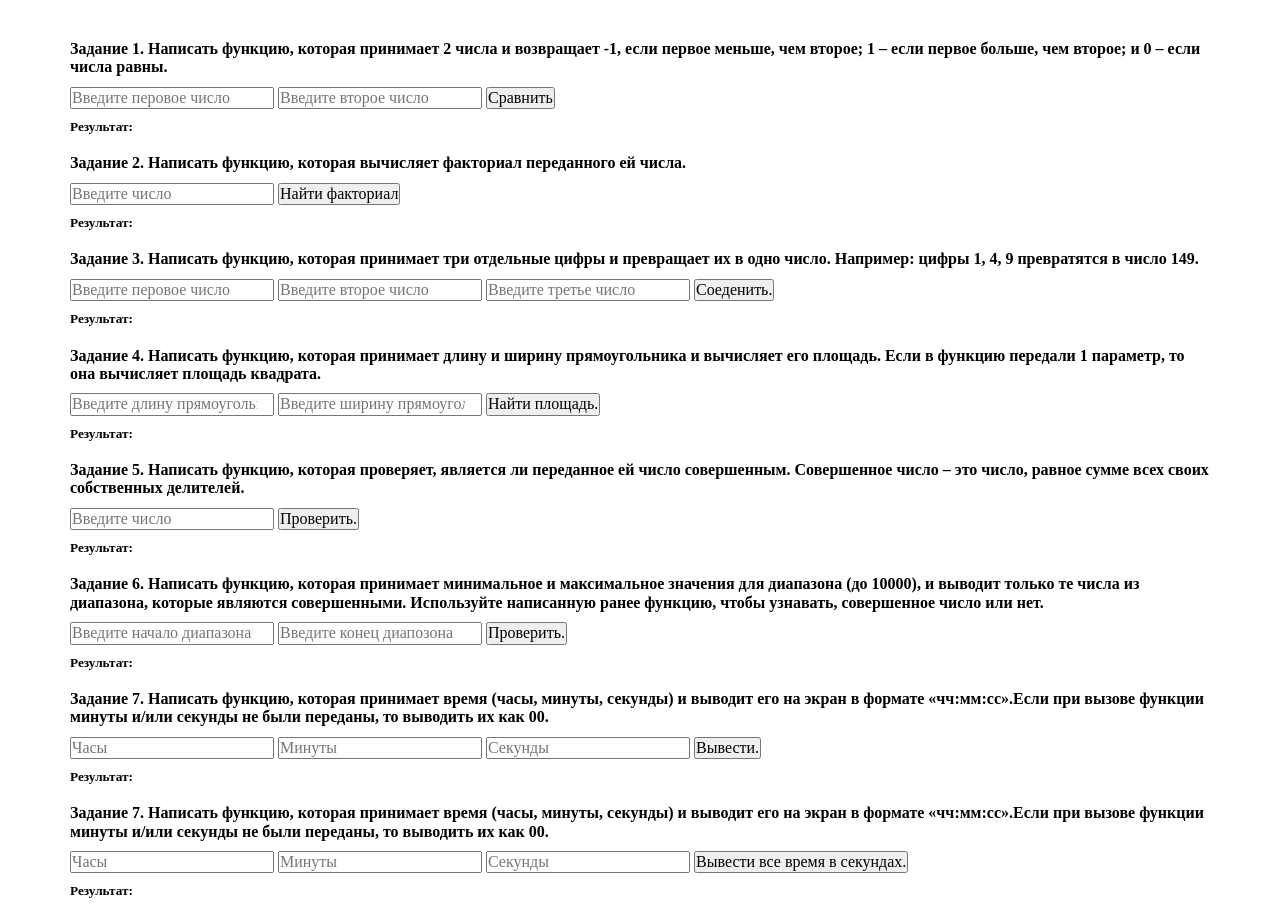
Repository: NastyaGavrilova/Beetroot-js
Page: HW3/index.html
The author's editor kept a copy of each file at every save. The page is drawn from the files as they stood at one save, then again after the next save.
The browser window is 1280 px wide. The pictures show the whole page.

Above is the page before, as saved 2021-10-18 17:37:08.

### HW3/index.html
<!DOCTYPE html>
<html lang="en">
  <head>
    <meta charset="UTF-8" />
    <meta http-equiv="X-UA-Compatible" content="IE=edge" />
    <meta name="viewport" content="width=device-width, initial-scale=1.0" />
    <link
      rel="stylesheet"
      href="https://cdnjs.cloudflare.com/ajax/libs/normalize/8.0.1/normalize.min.css"
      integrity="sha512-NhSC1YmyruXifcj/KFRWoC561YpHpc5Jtzgvbuzx5VozKpWvQ+4nXhPdFgmx8xqexRcpAglTj9sIBWINXa8x5w=="
      crossorigin="anonymous"
      referrerpolicy="no-referrer"
    />
    <link rel="stylesheet" href="./index.css" />
    <title>Functions</title>
  </head>
  <body>
    <section class="c-task-one">
      <h4 class="c-task-one__title c-title">
        Задание 1. Написать функцию, которая принимает 2 числа и возвращает -1,
        если первое меньше, чем второе; 1 – если первое больше, чем второе; и 0
        – если числа равны.
      </h4>
      <form
        action="#"
        method="post"
        class="c-task-one__form c-form"
        id="js-task1-form"
      >
        <input
          type="number"
          id="js-task1-input1"
          placeholder="Введите перовое число"
        />
        <input
          type="number"
          id="js-task1-input2"
          placeholder="Введите второе число"
        />
        <button id="js-task1-btn">Сравнить</button>
      </form>
      <h5>Результат: <span id="js-task1-span"></span></h5>
    </section>

    <section class="c-task-two c-tasks">
      <h4 class="c-task-two__title c-title">
        Задание 2. Написать функцию, которая вычисляет факториал переданного ей
        числа.
      </h4>
      <form
        action="#"
        method="post"
        class="c-task-two__form c-form"
        id="js-task2-form"
      >
        <input type="number" id="js-task2-input1" placeholder="Введите число" />
        <button id="js-task2-btn">Найти факториал</button>
      </form>
      <h5>Результат: <span id="js-task2-span"></span></h5>
    </section>

    <section class="c-task-three c-tasks">
      <h4 class="c-task-third__title c-title">
        Задание 3. Написать функцию, которая принимает три отдельные цифры и
        превращает их в одно число. Например: цифры 1, 4, 9 превратятся в число
        149.
      </h4>
      <form
        action="#"
        method="post"
        class="c-task-two__form c-form"
        id="js-task3-form c-form"
      >
        <input
          type="number"
          id="js-task3-input1"
          placeholder="Введите перовое число"
        />
        <input
          type="number"
          id="js-task3-input2"
          placeholder="Введите второе число"
        />
        <input
          type="number"
          id="js-task3-input3"
          placeholder="Введите третье число"
        />
        <button id="js-task3-btn">Соеденить.</button>
      </form>
      <h5>Результат: <span id="js-task3-span"></span></h5>
    </section>

    <section class="c-task-four c-tasks">
      <h4 class="c-task-four__title c-title">
        Задание 4. Написать функцию, которая принимает длину и ширину
        прямоугольника и вычисляет его площадь. Если в функцию передали 1
        параметр, то она вычисляет площадь квадрата.
      </h4>
      <form
        action="#"
        method="post"
        class="c-task-four__form c-form"
        id="js-task4-form"
      >
        <input
          type="number"
          id="js-task4-input1"
          placeholder="Введите длину прямоугольника"
        />
        <input
          type="number"
          id="js-task4-input2"
          placeholder="Введите ширину прямоугольника"
        />
        <button id="js-task4-btn">Найти площадь.</button>
      </form>
      <h5>Результат: <span id="js-task4-span"></span></h5>
    </section>

    <section class="c-task-five c-tasks">
      <h4 class="c-task-five__title c-title">
        Задание 5. Написать функцию, которая проверяет, является ли переданное
        ей число совершенным. Совершенное число – это число, равное сумме всех
        своих собственных делителей.
      </h4>
      <form
        action="#"
        method="post"
        class="c-task-five__form c-form"
        id="js-task5-form"
      >
        <input type="number" id="js-task5-input1" placeholder="Введите число" />
        <button id="js-task5-btn">Проверить.</button>
      </form>
      <h5>Результат: <span id="js-task5-span"></span></h5>
    </section>

    <section class="c-task-six c-tasks">
      <h4 class="c-task-six__title c-title">
        Задание 6. Написать функцию, которая принимает минимальное и
        максимальное значения для диапазона (до 10000), и выводит только те
        числа из диапазона, которые являются совершенными. Используйте
        написанную ранее функцию, чтобы узнавать, совершенное число или нет.
      </h4>
      <form
        action="#"
        method="post"
        class="c-task-six__form c-form"
        id="js-task6-form"
      >
        <input
          type="number"
          id="js-task6-input1"
          placeholder="Введите начало диапазона"
        />
        <input
          type="number"
          id="js-task6-input2"
          placeholder="Введите конец диапозона"
        />
        <button id="js-task6-btn">Проверить.</button>
      </form>
      <h5>Результат: <span id="js-task6-span"></span></h5>
    </section>

    <section class="c-task-seven c-tasks">
      <h4 class="c-task-seven__title c-title">
        Задание 7. Написать функцию, которая принимает время (часы, минуты,
        секунды) и выводит его на экран в формате «чч:мм:сс».Если при вызове
        функции минуты и/или секунды не были переданы, то выводить их как 00.
      </h4>
      <form
        action="#"
        method="post"
        class="c-task-seven__form c-form"
        id="js-task7-form"
      >
        <input type="number" id="js-task7-input1" placeholder="Часы" />
        <input type="number" id="js-task7-input2" placeholder="Минуты" />
        <input type="number" id="js-task7-input3" placeholder="Секунды" />
        <button id="js-task7-btn">Вывести.</button>
      </form>
      <h5>Результат: <span id="js-task7-span"></span></h5>
    </section>

    <section class="c-task-eight c-tasks">
      <h4 class="c-task-eight__title c-title">
        Задание 7. Написать функцию, которая принимает время (часы, минуты,
        секунды) и выводит его на экран в формате «чч:мм:сс».Если при вызове
        функции минуты и/или секунды не были переданы, то выводить их как 00.
      </h4>
      <form
        action="#"
        method="post"
        class="c-task-eight__form c-form"
        id="js-task8-form"
      >
        <input type="number" id="js-task8-input1" placeholder="Часы" />
        <input type="number" id="js-task8-input2" placeholder="Минуты" />
        <input type="number" id="js-task8-input3" placeholder="Секунды" />
        <button id="js-task8-btn">Вывести все время в секундах.</button>
      </form>
      <h5>Результат: <span id="js-task8-span"></span></h5>
    </section>
    <script src="./index.js"></script>
  </body>
</html>

### HW3/index.css
* {
  box-sizing: border-box;
  padding: 0;
  margin: 0;
}

body {
  max-width: 1200px;
  margin: 0 auto;
}
.c-task-one {
  padding: 40px 30px 20px 30px;
}

.c-tasks {
  padding: 0 30px 20px 30px;
}
.c-title {
  margin-bottom: 10px;
}
.c-form {
  margin-bottom: 10px;
}

### HW3/index.js
// const log = console.log;
// Task 1
let btn1 = document.getElementById("js-task1-btn");
btn1.addEventListener("click", (e) => {
  e.preventDefault();
  let task = document.getElementById("js-task1-input1");
  let task1 = document.getElementById("js-task1-input2");
  let span1 = document.getElementById("js-task1-span");
  let one = 1;
  let minusOne = -1;
  let zero = 0;
  if (task.value < task1.value) {
    return (span1.innerHTML = minusOne);
  } else if (task.value > task1.value) {
    return (span1.innerHTML = one);
  } else if (task.value == task1.value) {
    return (span1.innerHTML = zero);
  }
});

// task 2
let btn2 = document.getElementById("js-task2-btn");
btn2.addEventListener("click", (e) => {
  e.preventDefault();
  let task2 = document.getElementById("js-task2-input1");
  let span2 = document.getElementById("js-task2-span");
  let total = 1;
  for (i = task2.value; i > 1; i--) {
    total *= i;
  }
  return (span2.innerHTML = total);
});

// task 3
let btn3 = document.getElementById("js-task3-btn");
btn3.addEventListener("click", (e) => {
  e.preventDefault();
  let task3 = document.getElementById("js-task3-input1");
  let task3_1 = document.getElementById("js-task3-input2");
  let task3_2 = document.getElementById("js-task3-input3");
  let span3 = document.getElementById("js-task3-span");
  if (isNaN(task3.value, task3_1.value, task3_2.value)) {
    return (span3.innerHTML = "Введеное число не цифра");
  }
  return (span3.innerHTML = `${task3.value}${task3_1.value}${task3_2.value}`);
});

// task 4

let btn4 = document.getElementById("js-task4-btn");
btn4.addEventListener("click", (e) => {
  e.preventDefault();
  let task4 = document.getElementById("js-task4-input1");
  let task4_1 = document.getElementById("js-task4-input2");
  let span4 = document.getElementById("js-task4-span");
  let result;
  if (task4.value != "" && task4_1.value != "") {
    result = task4.value * task4_1.value;
    return (span4.innerHTML = result);
  } else if (task4.value != "" && task4_1.value == "") {
    result = Math.pow(task4.value, 2);
    return (span4.innerHTML = result);
  } else if (task4.value == "" && task4_1.value != "") {
    result = Math.pow(task4_1.value, 2);
    return (span4.innerHTML = result);
  }
});

// task 5

btn5 = document.getElementById("js-task5-btn");
btn5.addEventListener("click", (e) => {
  e.preventDefault();
  let task5 = document.getElementById("js-task5-input1");
  let span5 = document.getElementById("js-task5-span");
  let num = task5.value;
  let sum = 0;
  for (var i = 1; i <= num - 1; i++) {
    if (num % i === 0) {
      sum += i;
    }
  }
  if (sum == num) {
    return (span5.innerHTML = `Число ${num} совершенное`);
  } else {
    return (span5.innerHTML = `Число ${num} не совершенное`);
  }
});

// task 6

let btn6 = document.getElementById("js-task6-btn");
btn6.addEventListener("click", (e) => {
  e.preventDefault();
  let task6 = document.getElementById("js-task6-input1");
  let task6_1 = document.getElementById("js-task6-input2");
  let span6 = document.getElementById("js-task6-span");
  let num6 = task6.value;
  let num6_1 = task6_1.value;
  let result = [];

  for (let i = num6; i < num6_1; i++) {
    sum = 0;
    for (let n = 1; n <= i / 2; n++) {
      if (i % n === 0) sum += n;
    }
    if (i === sum) result.push(i);
  }
  return (span6.innerHTML = result);
});

//task 7

let btn7 = document.getElementById("js-task7-btn");
btn7.addEventListener("click", (e) => {
  e.preventDefault();

  let task7 = document.getElementById("js-task7-input1");
  let task7_1 = document.getElementById("js-task7-input2");
  let task7_2 = document.getElementById("js-task7-input3");
  let span7 = document.getElementById("js-task7-span");

  if (task7.value != "" && task7_1.value != "" && task7_2.value != "") {
    return (span7.innerHTML = `«${task7.value}:${task7_1.value}:${task7_2.value}»`);
  } else if (task7.value != "" && task7_1.value != "" && task7_2.value == "") {
    return (span7.innerHTML = `«${task7.value}:${task7_1.value}:00»`);
  } else if (task7.value != "" && task7_1.value == "" && task7_2.value != "") {
    return (span7.innerHTML = `«${task7.value}:00:${task7_2.value}»`);
  } else if (task7.value != "" && task7_1.value == "" && task7_2.value == "") {
    return (span7.innerHTML = `«${task7.value}:00:00»`);
  }
});

// task 8

let btn8 = document.getElementById("js-task8-btn");
btn8.addEventListener("click", (e) => {
  e.preventDefault();
  let task8 = document.getElementById("js-task8-input1");
  let task8_1 = document.getElementById("js-task8-input2");
  let task8_2 = document.getElementById("js-task8-input3");
  let span8 = document.getElementById("js-task8-span");

  let result = (task8.value % 12) * 3600 + task8_1.value * 60 + task8_2.value;
  return (span8.innerHTML = result + " секунд");
});

After the next save:
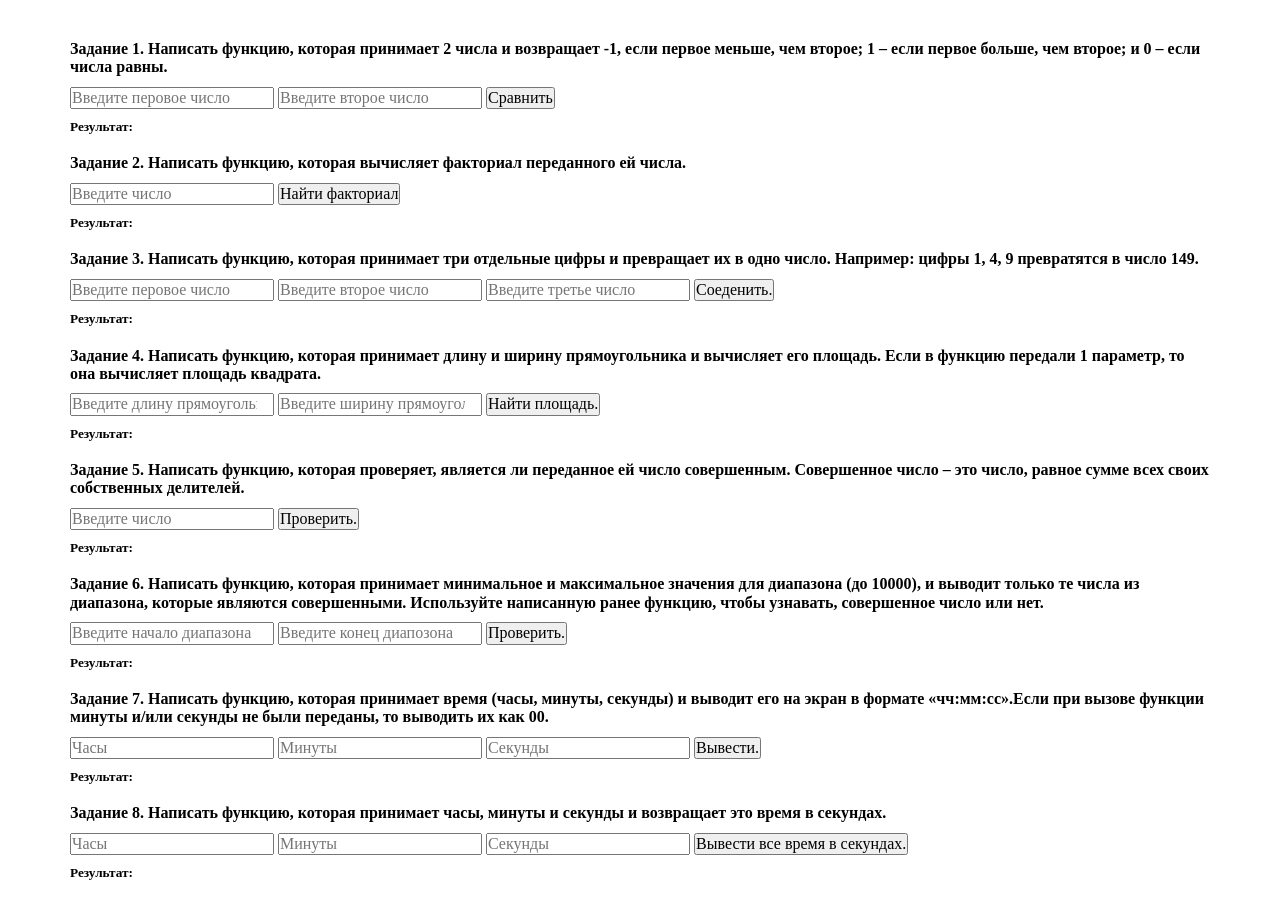
Saved 24 s later.
--- a/HW3/index.html
+++ b/HW3/index.html
@@ -186,9 +186,8 @@
 
     <section class="c-task-eight c-tasks">
       <h4 class="c-task-eight__title c-title">
-        Задание 7. Написать функцию, которая принимает время (часы, минуты,
-        секунды) и выводит его на экран в формате «чч:мм:сс».Если при вызове
-        функции минуты и/или секунды не были переданы, то выводить их как 00.
+        Задание 8. Написать функцию, которая принимает часы, минуты и секунды и
+        возвращает это время в секундах.
       </h4>
       <form
         action="#"
